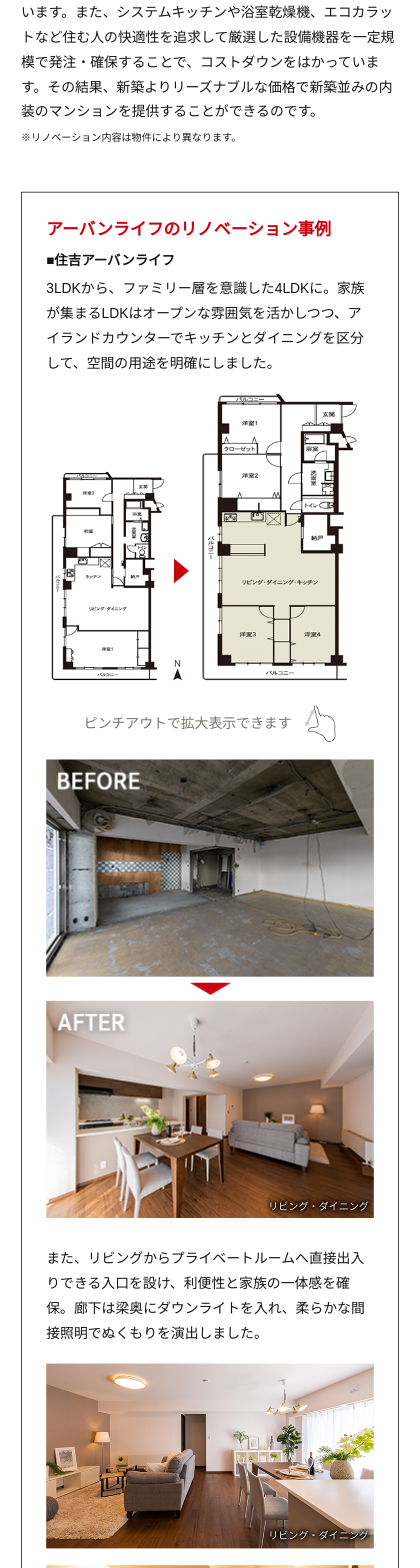
Repository: duongspm/group-kansai_new-data
Page: group-kansai_new/pickup/column07.html
An editor plug-in stored every save of this project. The page is shown before and after the next save, followed by the edit.
The browser window is 600 px wide. The pictures show the part of the page from y = 3770 to 6010 px (the page is 8701 px tall before and 8677 px after), at 70% of full size.

Above is the page before, as saved 2023-07-03 08:24:54.

After the next save:
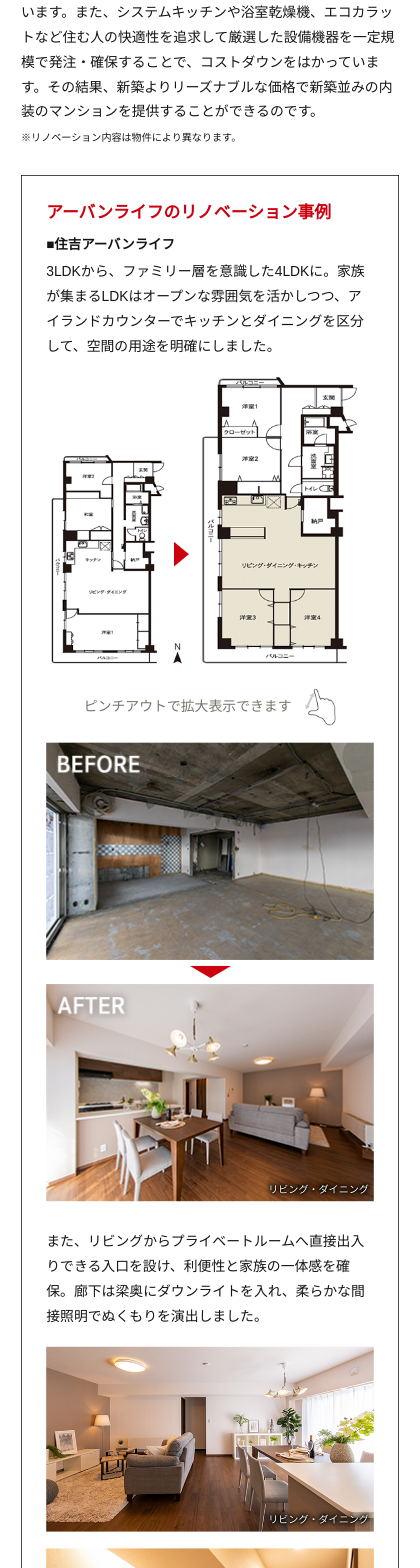
Saved 2 min 3 s later.
--- a/group-kansai_new/pickup/css/column.css
+++ b/group-kansai_new/pickup/css/column.css
@@ -292,4 +292,7 @@
     .column07__only-sp{
         display: block;
     }
-}
+    .column-box:not(:last-of-type) {
+        margin: 0 0 3rem;
+    }
+}
